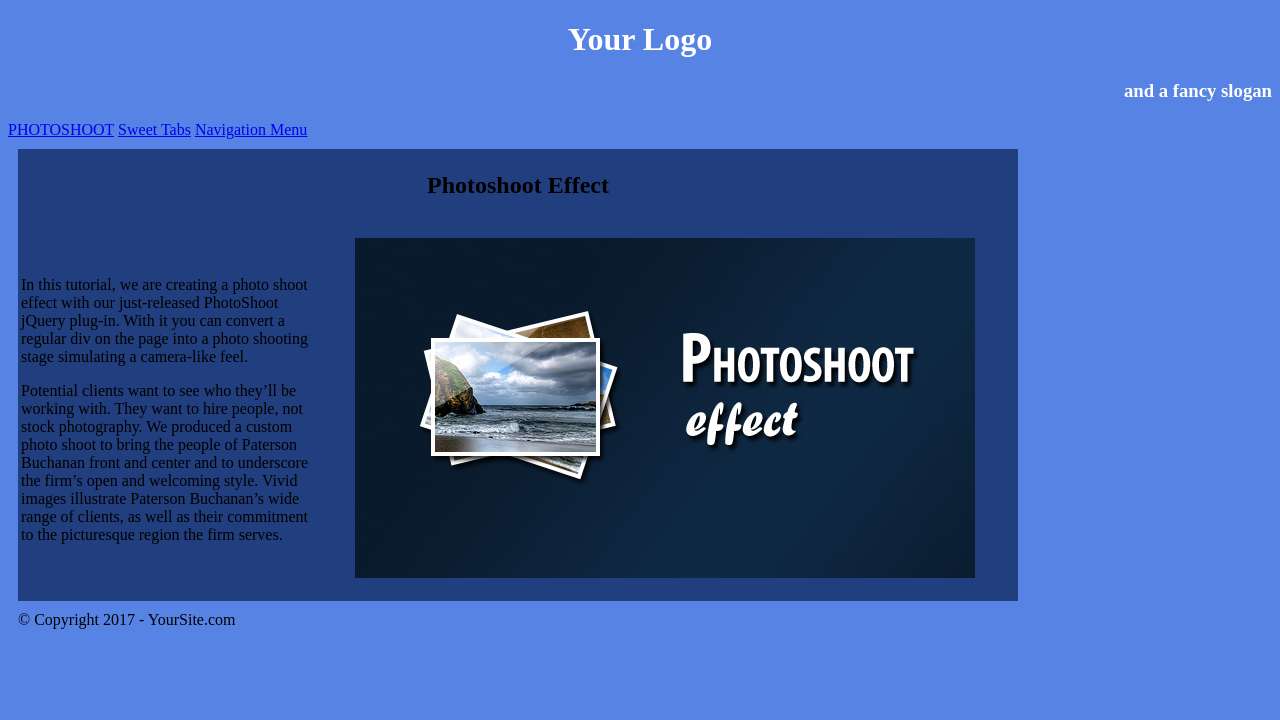
Repository: Helianthusss/Learn-CPP
Page: HTML/Lab-03/Lab-3-Resources/Ex01_PhotoShootEffect/photo-shoot-effect.html
An editor plug-in stored every save of this project. The page is shown before and after the next save, followed by the edit.
The browser window is 1280 px wide. The pictures show the whole page.

Above is the page before, as saved 2021-10-13 08:21:25.

### HTML/Lab-03/Lab-3-Resources/Ex01_PhotoShootEffect/photo-shoot-effect.html
<!DOCTYPE html>
<html lang="en">
  <head>
    <meta charset="UTF-8" />
    <title>Photo Shoot Effect</title>
    <link rel="stylesheet" type="text/css" href="photo-shoot-effect.css" />
  </head>
  <body>
    <header>
      <h1>Your Logo</h1>
      <h3>and a fancy slogan</h3>
      <nav>
        <a href="#">PHOTOSHOOT</a>
        <a href="#" title="sweet tabs">Sweet Tabs</a>
        <a href="#">Navigation Menu</a>
      </nav>
    </header>
    <table>
      <main>
        <article>
          <tr>
            <th colspan="2"><h2>Photoshoot Effect</h2></th>
          </tr>
          <tr>
              <td>
              <p>
                In this tutorial, we are creating a photo shoot effect with our
                just-released PhotoShoot jQuery plug-in. With it you can convert
                a regular div on the page into a photo shooting stage simulating
                a camera-like feel.
              </p>
              <p>
                Potential clients want to see who they’ll be working with. They
                want to hire people, not stock photography. We produced a custom
                photo shoot to bring the people of Paterson Buchanan front and
                center and to underscore the firm’s open and welcoming style.
                Vivid images illustrate Paterson Buchanan’s wide range of
                clients, as well as their commitment to the picturesque region
                the firm serves.
              </p>
            </td>
            <td>
                <div class="article-content">
                  <figure>
                    <img src="images/photo.jpg" />
                  </figure></td>
            </div>
          </tr>
        </article>
      </main>
    </table>
    <footer>&copy; Copyright 2017 - YourSite.com</footer>
  </body>
</html>

### HTML/Lab-03/Lab-3-Resources/Ex01_PhotoShootEffect/photo-shoot-effect.css
body {
  background-color: rgb(86, 131, 228);
}
h1 {
  text-align: center;
  color: white;
}
h3 {
  text-align: right;
  color: white;
}
nav {
  overflow: hidden;
}
table {
  background-color: rgb(33, 62, 126);
  width: 1000px;
  height: 100%;
  padding: 0px;
  margin: 10px;
}
footer {
  margin: 10px;
}

After the next save:
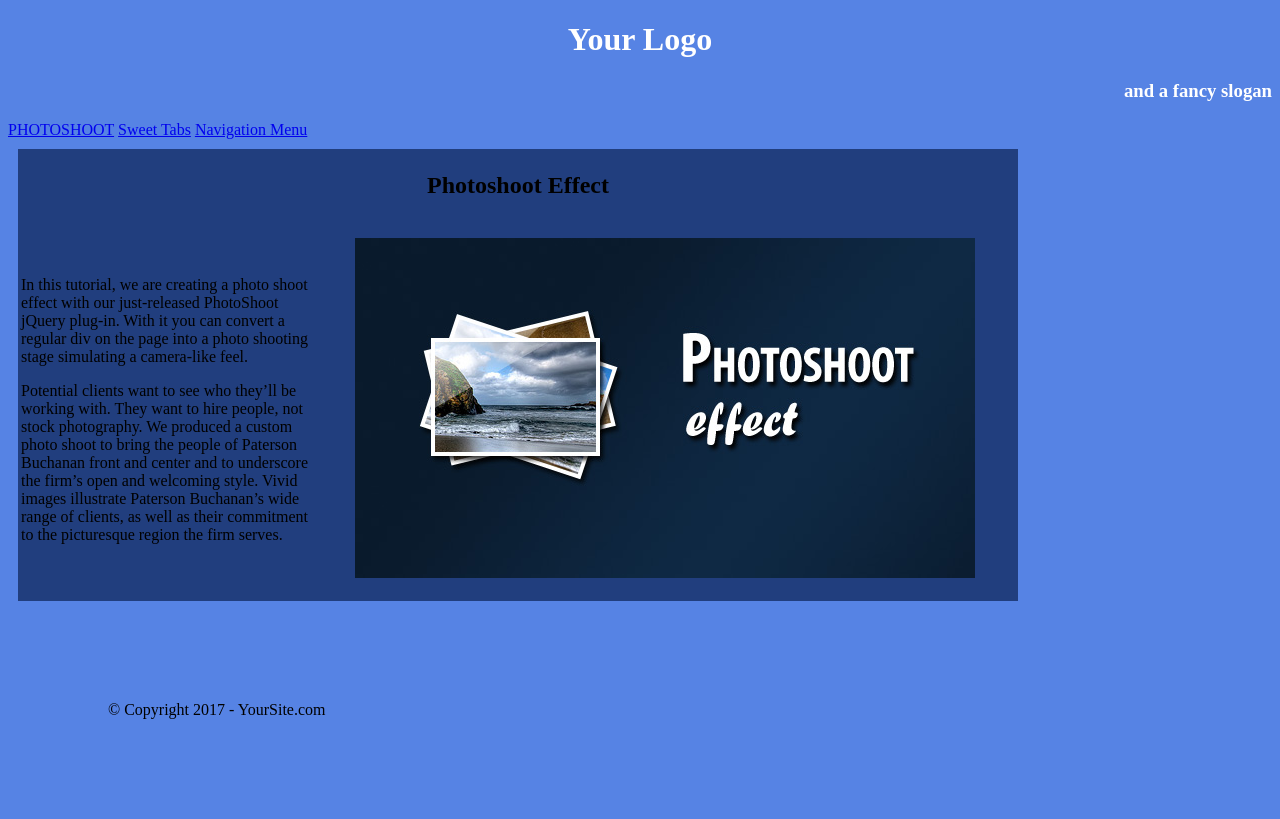
Saved 6 s later.
--- a/HTML/Lab-03/Lab-3-Resources/Ex01_PhotoShootEffect/photo-shoot-effect.css
+++ b/HTML/Lab-03/Lab-3-Resources/Ex01_PhotoShootEffect/photo-shoot-effect.css
@@ -20,5 +20,5 @@ table {
   margin: 10px;
 }
 footer {
-  margin: 10px;
+  margin: 100px;
 }
